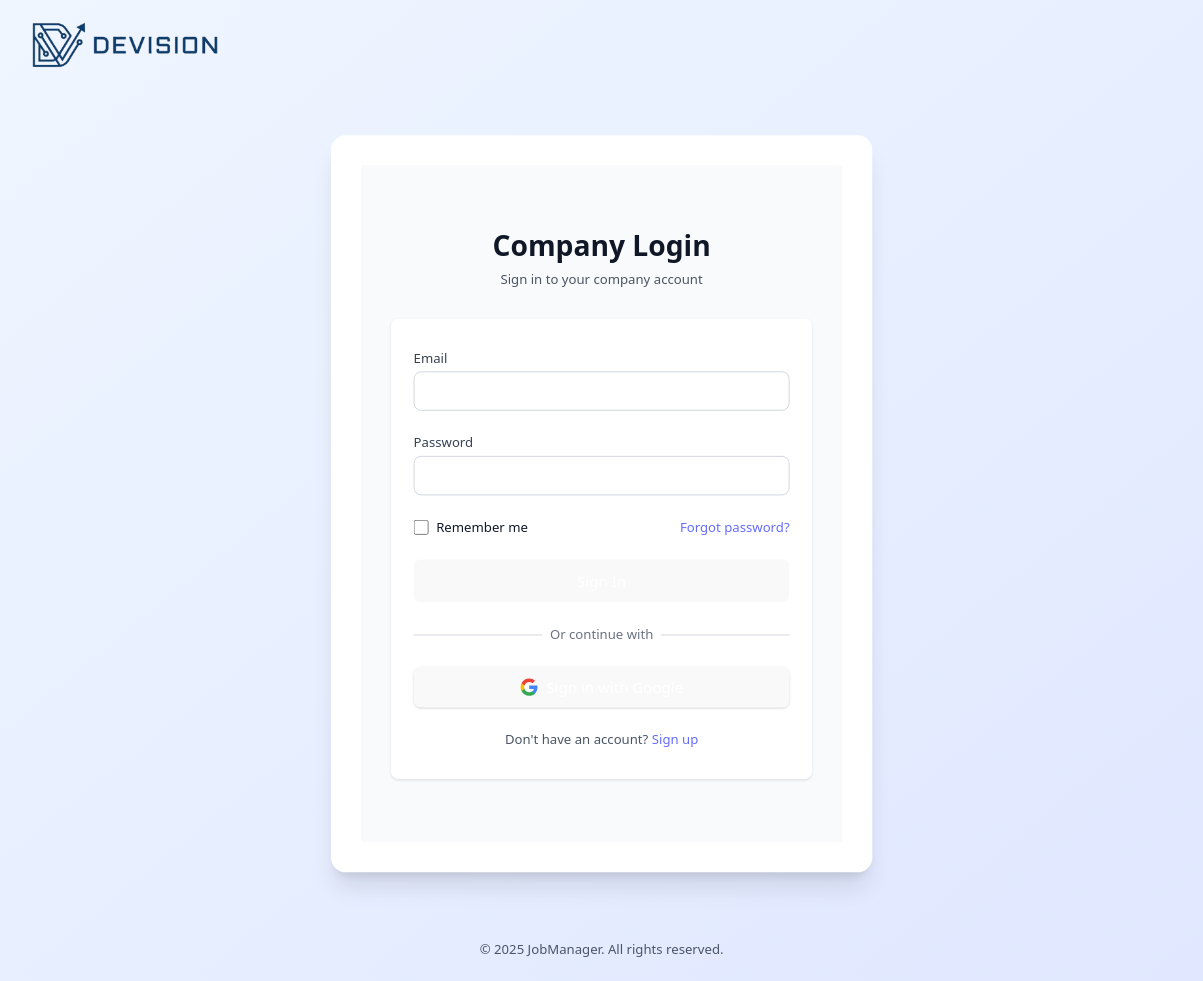
Repository: ISYS3461-2025C-Mulan-DEVision/JobManager_FE
Page: /login
These files come from the project's save history. The page is drawn as it stood at one moment and after the next save; the edit follows.
The browser window is 1280 px wide. The pictures show the whole page, at 94% of full size.
The project was rebuilt for these pictures with package versions that can differ from the ones it lists, and the page was loaded fresh each time. Also part of the build but not shown: vite.config.js, src/pages/Home.tsx, src/components/headless/Table/Table.tsx, src/components/headless/Modal/Modal.tsx, src/components/ui/Card/Card.tsx, src/components/ui/Spinner/Spinner.tsx, src/components/ui/Alert/Alert.tsx.

Above is the page before, as saved 2025-12-12 12:12:53.

### index.html
<!doctype html>
<html lang="en">
  <head>
    <meta charset="UTF-8" />
    <link rel="icon" type="image/svg+xml" href="/logo/logo-icon.png" />
    <meta name="viewport" content="width=device-width, initial-scale=1.0" />
    <title>jobmanager-fe</title>
  </head>
  <body>
    <div id="root"></div>
    <script type="module" src="/src/main.jsx"></script>
  </body>
</html>

### src/main.tsx
import React, { StrictMode } from "react";
import { createRoot } from "react-dom/client";
import "./index.css";
import { BrowserRouter } from "react-router-dom";
import App from "./App.js";
import { Provider } from "react-redux";
import store from "./store/index.js";

const container = document.getElementById("root")!;
if (!container) {
    throw new Error("Root container not found");
} else {
    createRoot(container).render(
        <StrictMode>
            <Provider store={store}>
                <BrowserRouter>
                    <App />
                </BrowserRouter>
            </Provider>
        </StrictMode>,
    );
}

### src/index.css
@import "tailwindcss";

:root {
    font-family: system-ui, Avenir, Helvetica, Arial, sans-serif;
    line-height: 1.5;
    font-weight: 400;

    color-scheme: light dark;
    color: rgba(255, 255, 255, 0.87);
    background-color: #242424;

    font-synthesis: none;
    text-rendering: optimizeLegibility;
    -webkit-font-smoothing: antialiased;
    -moz-osx-font-smoothing: grayscale;
}

a {
    font-weight: 500;
    color: #646cff;
    text-decoration: inherit;
}
a:hover {
    color: #535bf2;
}

body {
    margin: 0;
    min-width: 320px;
    min-height: 100vh;
}

h1 {
    font-size: 3.2em;
    line-height: 1.1;
}

button {
    border-radius: 8px;
    border: 1px solid transparent;
    padding: 0.6em 1.2em;
    font-size: 1em;
    font-weight: 500;
    font-family: inherit;
    background-color: #1a1a1a;
    cursor: pointer;
    transition: border-color 0.25s;
}
button:hover {
    border-color: #646cff;
}
button:focus,
button:focus-visible {
    outline: 4px auto -webkit-focus-ring-color;
}

@media (prefers-color-scheme: light) {
    :root {
        color: #213547;
        background-color: #ffffff;
    }
    a:hover {
        color: #747bff;
    }
    button {
        background-color: #f9f9f9;
    }
}

### src/App.tsx
import { Routes, Route, Link, useLocation } from "react-router-dom";
import Home from "./pages/Home";
import LoginPage from "./pages/LoginPage";

function App() {
    const location = useLocation();
    const isAuthPage = location.pathname === "/login";

    return (
        <div>
            {!isAuthPage && (
                <nav className="p-4 bg-gray-800 text-white flex gap-4">
                    <Link to="/">Home</Link>
                    <Link to="/login">Login</Link>
                </nav>
            )}

            <Routes>
                <Route path="/" element={<Home />} />
                <Route path="/login" element={<LoginPage />} />
            </Routes>
        </div>
    );
}

export default App;

### src/store/index.ts
import configureStore from "./configureStore";
const store = configureStore();
export default store;

### src/pages/LoginPage.tsx
import React from "react";
import { CompanyLogin } from "../components/feature/Authentication/CompanyLogin";
import AuthLayout from "../layout/AuthLayout";

export default function LoginPage() {
    return (
        <AuthLayout>
            <CompanyLogin />
        </AuthLayout>
    );
}

### src/store/configureStore.ts
import { createStore, applyMiddleware, Store } from "redux";
import { createLogger } from "redux-logger";
import createSagaMiddleware from "redux-saga";
import { enableBatching } from "redux-batched-actions";
import createReducer from "./reducers";
import rootSaga from "./saga";

const configureStore = (initialState = {}): Store => {
    const rootReducer = createReducer();
    const sagaMiddleware = createSagaMiddleware();

    const middlewares = [sagaMiddleware];

    const isDev = import.meta.env.VITE_NODE_ENV === "development";

    if (isDev) {
        const loggerMiddleware = createLogger({
            collapsed: () => true,
        });
        (middlewares as any[]).push(loggerMiddleware);
    }

    const store = createStore(
        enableBatching(rootReducer),
        initialState,
        applyMiddleware(...middlewares),
    );

    sagaMiddleware.run(rootSaga);

    return store;
};

export default configureStore;

### src/redux/app/actions.ts
import * as types from "./type";

const setLoading = (payload: boolean) => ({ type: types.SET_LOADING, payload });
const setError = (payload: string | null) => ({
    type: types.SET_ERROR,
    payload,
});
const setInitialized = (payload: boolean) => ({
    type: types.SET_INITIALIZED,
    payload,
});
const reset = () => ({ type: types.RESET });

const toggleLoadingAsync = (payload: boolean) => ({
    type: types.TOGGLE_LOADING_ASYNC,
    payload,
});

export default {
    setLoading,
    setError,
    setInitialized,
    reset,
    toggleLoadingAsync,
};

### src/components/feature/Authentication/CompanyLogin/index.ts
export { CompanyLogin } from "./CompanyLogin";

### src/layout/AuthLayout.tsx
import { ReactNode } from 'react';

interface AuthLayoutProps {
    children: ReactNode;
}

const AuthLayout = ({ children }: AuthLayoutProps) => {
    return (
        <div className="min-h-screen flex flex-col bg-gradient-to-br from-blue-50 to-indigo-100">
            {/* Simple Header - Logo only */}
            <header className="py-6 px-8">
                <div className="flex items-center">
                    <img
                        src="/logo/logo.png"
                        alt="JobManager Logo"
                        className="h-12 w-auto"
                    />
                </div>
            </header>

            {/* Centered Content Panel */}
            <main className="flex-1 flex items-center justify-center px-4 py-12">
                {/* <div className="flex-1 flex items-center justify-center">
                    <img src="/auth/background-login-left.png" alt="Left background" className="h-150 w-150 object-contain" />
                </div> */}
                <div className="flex items-center justify-center w-full max-w-xl">
                    <div className="w-full max-w-xl">
                        {/* Card wrapper for the form */}
                        <div className="bg-white rounded-2xl shadow-xl p-8">
                            {children}
                        </div>
                    </div>
                </div>
                {/* <div className="flex-1 flex items-center justify-center">
                    <img src="/auth/background-login-right.png" alt="Right background" className="h-150 w-150 object-contain" />
                </div> */}
            </main>

            {/* Simple Footer - Copyright only */}
            <footer className="py-6 px-4">
                <div className="max-w-md mx-auto text-center">
                    <p className="text-sm text-gray-600">
                        © {new Date().getFullYear()} JobManager. All rights reserved.
                    </p>
                </div>
            </footer>
        </div >
    );
};

export default AuthLayout;

### src/store/reducers.ts
import { combineReducers } from "redux";
import { reducers } from "../redux";
import _ from "lodash";

const appReducer = combineReducers(reducers);
export default function createReducer() {
    const rootReducer = (state, action) => {
        if (action.type === "FORCE_UPDATE_GLOBAL_STATE") {
            return appReducer(_.cloneDeep(action.payload), action as never);
        }
        return appReducer(state, action as never);
    };

    return rootReducer;
}

### src/store/saga.ts
import { all, fork } from "redux-saga/effects";
import { sagas } from "../redux";

export default function* rootSaga() {
    yield all([...Object.values(sagas)].map(fork));
}

### src/redux/app/type.ts
const prefix = "APP/";

export const SET_LOADING = `${prefix}SET_LOADING`;
export const SET_ERROR = `${prefix}SET_ERROR`;
export const SET_INITIALIZED = `${prefix}SET_INITIALIZED`;
export const RESET = `${prefix}RESET`;

// test async action
export const TOGGLE_LOADING_ASYNC = `${prefix}TOGGLE_LOADING_ASYNC`;

### src/components/feature/Authentication/CompanyLogin/CompanyLogin.tsx
import React from "react";
import { HeadlessForm } from "@/components/headless";
import { CompanyLoginForm } from "./CompanyLoginForm";
import { useCompanyLogin } from "./hooks/useCompanyLogin";
import { LoginPayload } from "./types";

// Validation function
const validateLoginForm = (values: LoginPayload) => {
  const errors: Partial<Record<keyof LoginPayload, string>> = {};

  if (!values.email) {
    errors.email = "Email is required";
  } else if (!/^[A-Z0-9._%+-]+@[A-Z0-9.-]+\.[A-Z]{2,}$/i.test(values.email)) {
    errors.email = "Invalid email address";
  }

  if (!values.password) {
    errors.password = "Password is required";
  } else if (values.password.length < 6) {
    errors.password = "Password must be at least 6 characters";
  }

  return errors;
};

export const CompanyLogin: React.FC = () => {
  const { login, isLoading, error } = useCompanyLogin();

  return (
    <HeadlessForm<LoginPayload>
      initialValues={{ email: "", password: "" }}
      onSubmit={login}
      validate={validateLoginForm}
    >
      {(formProps) => (
        <CompanyLoginForm {...formProps} isLoading={isLoading} error={error} />
      )}
    </HeadlessForm>
  );
};

### src/redux/index.ts
const loadModules = (modules: Record<string, any>, hasDefault = false) =>
    Object.entries(modules).map(([path, mod]) => {
        const parts = path.split("/");
        return {
            name: parts.at(-1)!.replace(".js", "").toUpperCase(),
            key: parts.at(-2)!,
            data: hasDefault ? mod.default : mod,
        };
    });

const rawActions = loadModules(
    import.meta.glob("./**/actions.ts", { eager: true }),
    true,
);

const rawTypes = loadModules(
    import.meta.glob("./**/types.ts", { eager: true }),
    false,
);

const rawReducers = loadModules(
    import.meta.glob("./**/reducer.ts", { eager: true }),
    true,
);

const rawSagas = loadModules(
    import.meta.glob("./**/saga.ts", { eager: true }),
    false,
);

// Final exports
export const actions = rawActions.reduce((p, e) => ({ ...p, ...e.data }), {});
export const types = rawTypes.reduce((p, e) => ({ ...p, ...e.data }), {});
export const reducers = rawReducers.reduce(
    (p, e) => ({ ...p, [e.key]: e.data }),
    {},
);
export const sagas = rawSagas.reduce((p, e) => ({ ...p, ...e.data }), {});

### src/components/headless/index.ts
// Headless Components - Logic without UI
export { HeadlessForm } from "./Form";
export { HeadlessTable } from "./Table";
export { useTable } from "./Table/useTable";
export { HeadlessModal } from "./Modal";

// Types
export * from "./types";
export type { TableColumn } from "./Table/useTable";

### src/components/feature/Authentication/CompanyLogin/hooks/useCompanyLogin.ts
import { useState } from 'react';
import AuthService, { LoginPayload } from '../../api/AuthService';

export const useCompanyLogin = () => {
  const [isLoading, setIsLoading] = useState(false);
  const [error, setError] = useState<string | null>(null);

  const login = async (formData: LoginPayload) => {
    setIsLoading(true);
    setError(null);

    try {
      await AuthService.loginCompany(formData);
      // Handle success (e.g., redirect, store token)
      console.log("Login successful");
    } catch (err) {
      setError("Failed to login. Please check your credentials.");
      console.error(err);
    } finally {
      setIsLoading(false);
    }
  };

  return {
    login,
    isLoading,
    error,
  };
};

### src/redux/app/reducer.ts
import * as types from "./type";
export interface AppState {
    loading: boolean;
    error: string | null;
    initialized?: boolean;
    test: string;
}

const INITIAL_STATE: AppState = {
    loading: true,
    error: null,
    initialized: false,
    test: "test",
};

type Action = { type: string; payload?: any };

export default function appReducer(
    state: AppState = INITIAL_STATE,
    action: Action,
): AppState {
    switch (action.type) {
        case types.SET_LOADING:
            return { ...state, loading: !!action.payload };
        case types.SET_ERROR:
            return { ...state, error: action.payload ?? null, loading: false };
        case types.SET_INITIALIZED:
            return { ...state, initialized: !!action.payload };
        case types.RESET:
            return { ...INITIAL_STATE };
        default:
            return state;
    }
}

### src/redux/app/saga.ts
import { takeEvery, put, delay } from "redux-saga/effects";
import * as types from "./type";
import actions from "./actions";

function* handleToggleLoading(action: any) {
    yield delay(300);
    yield put(actions.setLoading(action.payload));
}

export function* watchToggleLoading() {
    yield takeEvery(types.TOGGLE_LOADING_ASYNC, handleToggleLoading);
}

### src/components/headless/Form/index.ts
export { HeadlessForm } from "./Form";

### src/components/headless/Table/index.ts
export { HeadlessTable } from "./Table";
export { useTable } from "./useTable";
export type { TableColumn } from "./useTable";

### src/components/headless/Modal/index.ts
export { HeadlessModal } from "./Modal";

### src/components/ui/index.ts
// UI Components - Presentational components with styling
export * from "./Button";
export * from "./Input";
export * from "./Card";
export * from "./Spinner";
export * from "./Alert";
export * from "./GoogleLogo";

### src/components/feature/Authentication/api/AuthService.ts
// import { HttpClient } from "../../../../services/httpClient";

export interface LoginPayload {
  email: string;
  password: string;
}

export const loginCompany = async (payload: LoginPayload) => {
  // Replace with actual API endpoint
  // return HttpClient.post('/auth/company/login', payload);

  // Mock implementation for now
  console.log("Logging in company with:", payload);
  return new Promise((resolve) => {
    setTimeout(
      () => resolve({ token: "mock-token", user: { name: "Company Admin" } }),
      1000
    );
  });
};

const AuthService = {
  loginCompany,
};

export default AuthService;

### src/components/ui/Button/index.ts
export { Button } from "./Button";
export type { ButtonProps } from "./Button";

### src/components/ui/Input/index.ts
export { Input } from "./Input";
export type { InputProps } from "./Input";

### src/components/ui/Card/index.ts
export { Card, CardHeader, CardBody, CardFooter } from "./Card";
export type { CardProps } from "./Card";

### src/components/ui/Spinner/index.ts
export { Spinner } from "./Spinner";
export type { SpinnerProps } from "./Spinner";

### src/components/ui/Alert/index.ts
export { Alert } from "./Alert";
export type { AlertProps } from "./Alert";

### src/components/ui/GoogleLogo/index.ts
export { GoogleLogo } from "./GoogleLogo";
export type { GoogleLogoProps } from "./GoogleLogo";

### src/components/ui/Input/Input.tsx
import React from "react";
import clsx from "clsx";

export interface InputProps extends React.InputHTMLAttributes<HTMLInputElement> {
    label?: string;
    error?: string;
    helperText?: string;
    fullWidth?: boolean;
}

export const Input: React.FC<InputProps> = ({
    label,
    error,
    helperText,
    fullWidth = false,
    className,
    id,
    ...props
}) => {
    const inputId = id || label?.toLowerCase().replace(/\s+/g, "-");

    return (
        <div className={clsx("flex flex-col gap-1", fullWidth && "w-full")}>
            {label && (
                <label
                    htmlFor={inputId}
                    className="text-sm font-medium text-gray-700"
                >
                    {label}
                </label>
            )}
            <input
                id={inputId}
                className={clsx(
                    "px-3 py-2 border rounded-lg focus:outline-none focus:ring-2 transition-colors",
                    "text-gray-900 placeholder:text-gray-400",
                    error
                        ? "border-red-500 focus:ring-red-500 focus:border-red-500"
                        : "border-gray-300 focus:ring-blue-500 focus:border-blue-500",
                    props.disabled && "bg-gray-100 cursor-not-allowed",
                    className,
                )}
                {...props}
            />
            {error && <span className="text-sm text-red-600">{error}</span>}
            {helperText && !error && (
                <span className="text-sm text-gray-500">{helperText}</span>
            )}
        </div>
    );
};

### src/components/ui/GoogleLogo/GoogleLogo.tsx
import React from "react";
import clsx from "clsx";

export interface GoogleLogoProps {
    size?: "sm" | "md" | "lg";
    className?: string;
}

export const GoogleLogo: React.FC<GoogleLogoProps> = ({
    size = "md",
    className,
}) => {
    const sizeClasses = {
        sm: "w-4 h-4",
        md: "w-5 h-5",
        lg: "w-6 h-6",
    };

    return (
        <svg
            className={clsx(sizeClasses[size], className)}
            viewBox="0 0 24 24"
            xmlns="http://www.w3.org/2000/svg"
        >
            <path
                d="M22.56 12.25c0-.78-.07-1.53-.2-2.25H12v4.26h5.92c-.26 1.37-1.04 2.53-2.21 3.31v2.77h3.57c2.08-1.92 3.28-4.74 3.28-8.09z"
                fill="#4285F4"
            />
            <path
                d="M12 23c2.97 0 5.46-.98 7.28-2.66l-3.57-2.77c-.98.66-2.23 1.06-3.71 1.06-2.86 0-5.29-1.93-6.16-4.53H2.18v2.84C3.99 20.53 7.7 23 12 23z"
                fill="#34A853"
            />
            <path
                d="M5.84 14.09c-.22-.66-.35-1.36-.35-2.09s.13-1.43.35-2.09V7.07H2.18C1.43 8.55 1 10.22 1 12s.43 3.45 1.18 4.93l2.85-2.22.81-.62z"
                fill="#FBBC05"
            />
            <path
                d="M12 5.38c1.62 0 3.06.56 4.21 1.64l3.15-3.15C17.45 2.09 14.97 1 12 1 7.7 1 3.99 3.47 2.18 7.07l3.66 2.84c.87-2.6 3.3-4.53 6.16-4.53z"
                fill="#EA4335"
            />
        </svg>
    );
};

Loaded but not shown: src/components/feature/Authentication/CompanyLogin/CompanyLoginForm.tsx (153 lines, source omitted); src/components/headless/Form/Form.tsx (93 lines, source omitted); src/components/ui/Button/Button.tsx (81 lines, source omitted); src/components/headless/types.ts (71 lines, source omitted); src/components/headless/Table/useTable.ts (76 lines, source omitted)

After the next save:
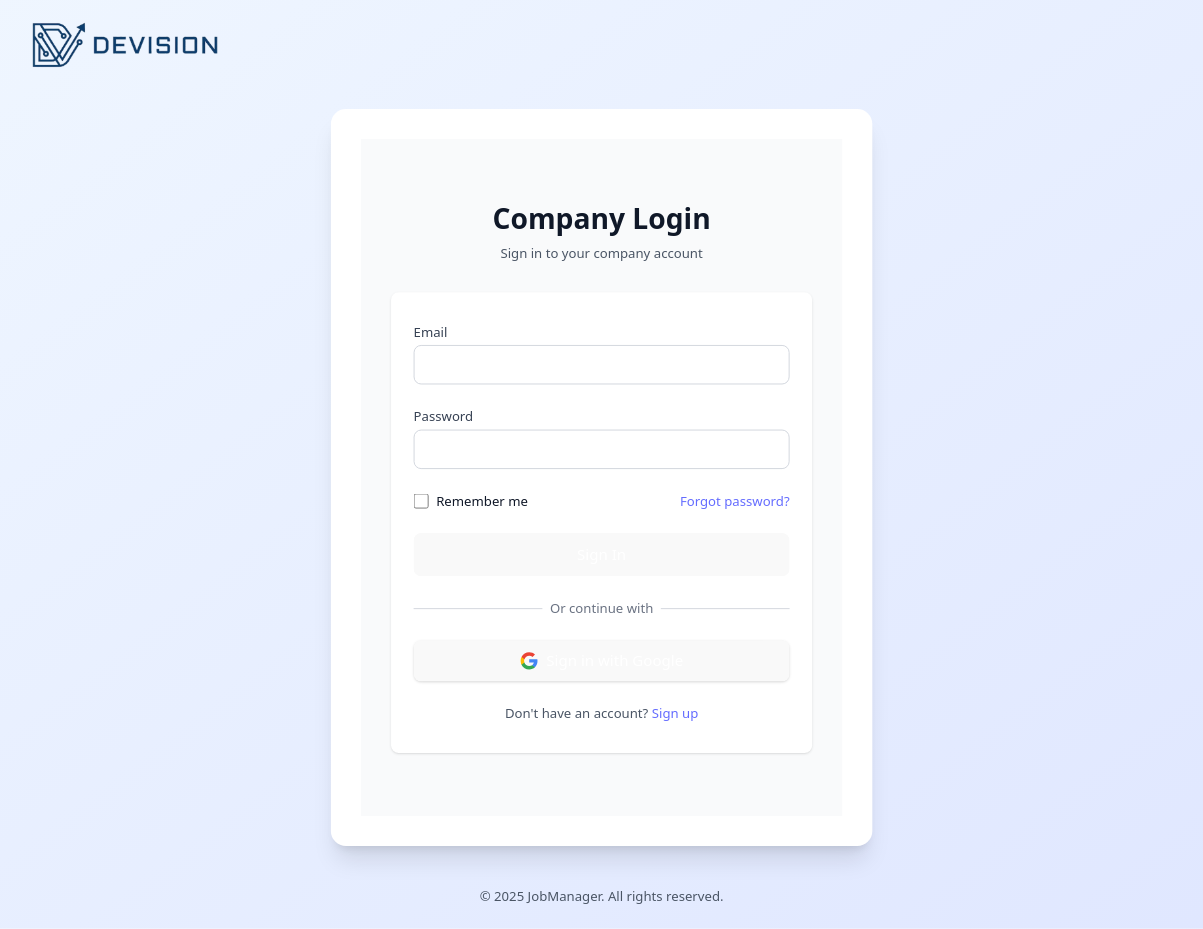
Saved 13 s later.
--- a/src/layout/AuthLayout.tsx
+++ b/src/layout/AuthLayout.tsx
@@ -19,7 +19,7 @@
             </header>
 
             {/* Centered Content Panel */}
-            <main className="flex-1 flex items-center justify-center px-4 py-12">
+            <main className="flex-1 flex items-center justify-center px-4 py-5">
                 {/* <div className="flex-1 flex items-center justify-center">
                     <img src="/auth/background-login-left.png" alt="Left background" className="h-150 w-150 object-contain" />
                 </div> */}

After the save that followed:
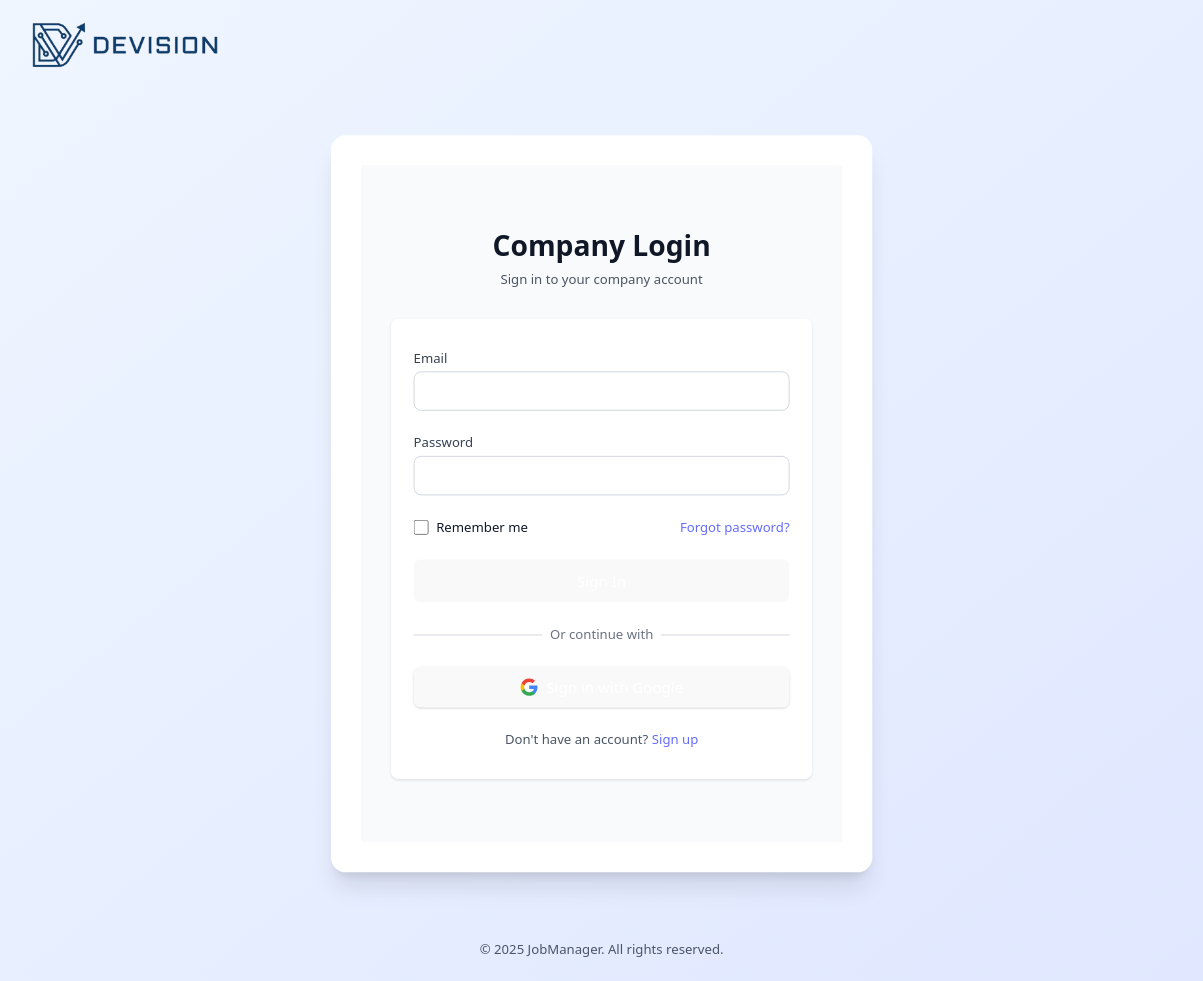
Saved 13 s later.
--- a/src/layout/AuthLayout.tsx
+++ b/src/layout/AuthLayout.tsx
@@ -19,7 +19,7 @@
             </header>
 
             {/* Centered Content Panel */}
-            <main className="flex-1 flex items-center justify-center px-4 py-5">
+            <main className="flex-1 flex items-center justify-center px-4 py-12">
                 {/* <div className="flex-1 flex items-center justify-center">
                     <img src="/auth/background-login-left.png" alt="Left background" className="h-150 w-150 object-contain" />
                 </div> */}
